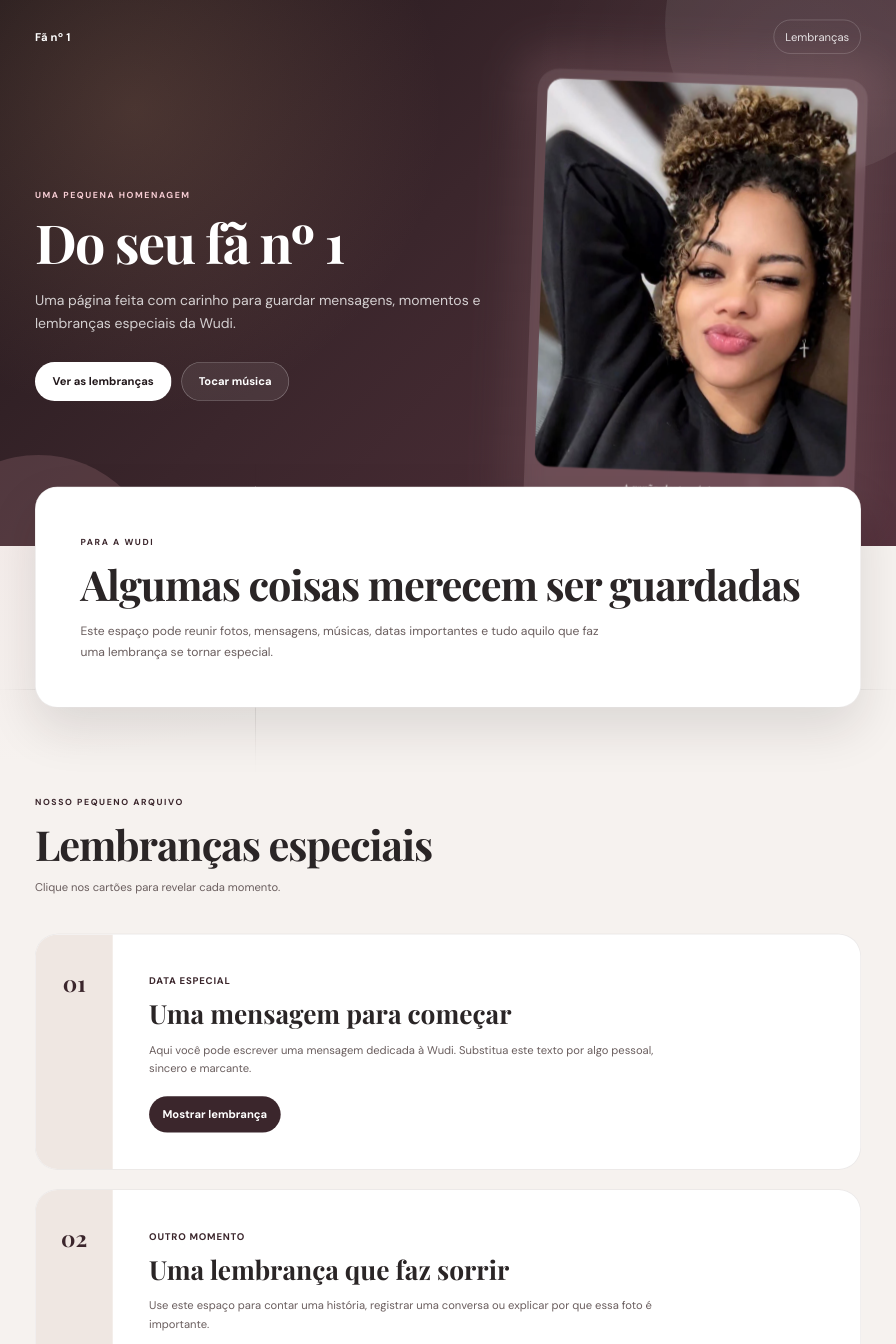
Repository: rrresck/do-seu-fa-numero-1
Page: index.html
These files come from the project's save history. The page is drawn as it stood at one moment and after the next save; the edit follows.
The browser window is 1280 px wide. The pictures show the part of the page from y = 0 to 1920 px (the page is 3175 px tall), at 70% of full size.

Above is the page before, as saved 2026-07-24 15:54:52.

After the next save:
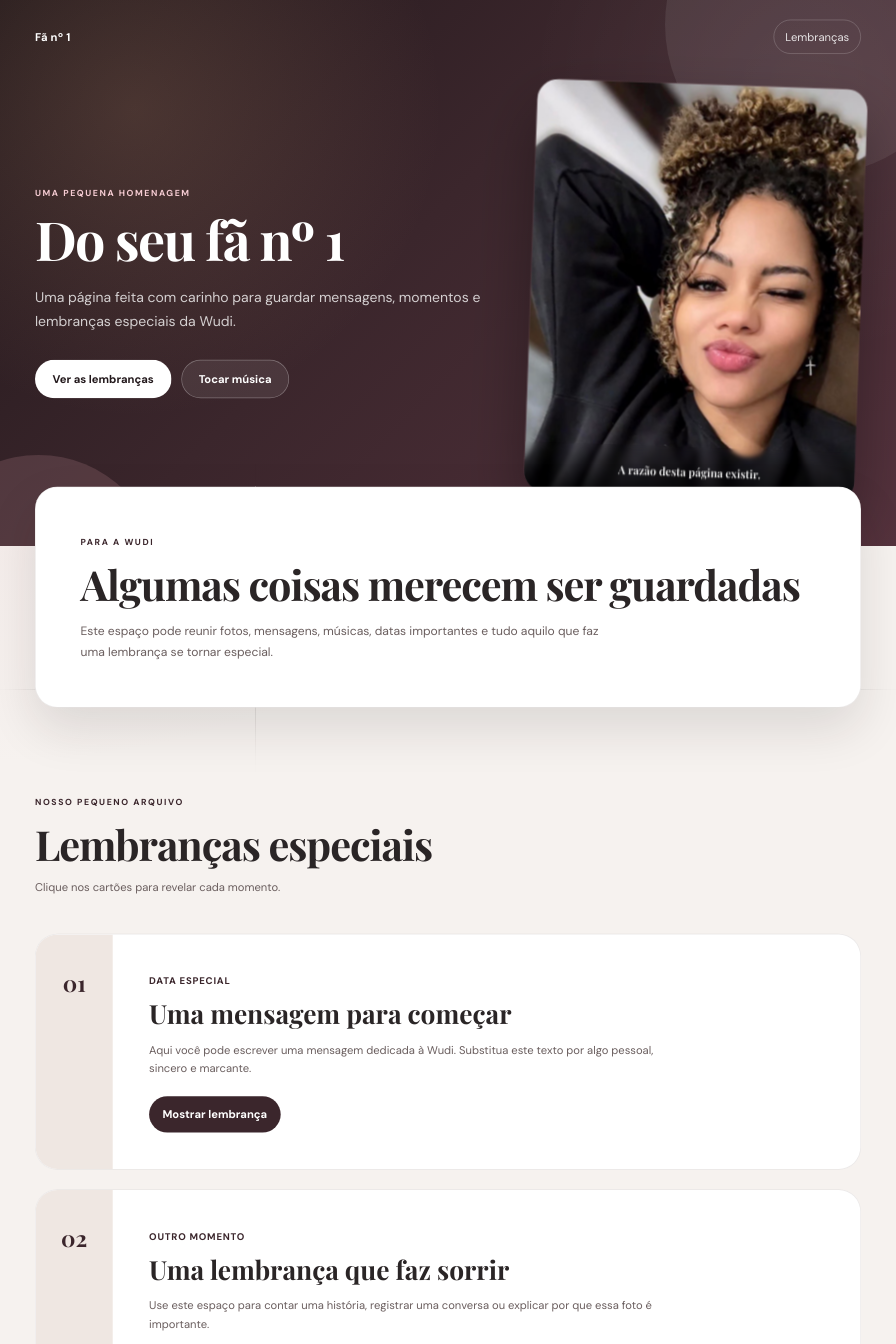
Saved 6 min 52 s later.
--- a/css/styles.css
+++ b/css/styles.css
@@ -221,16 +221,16 @@ a {
 
 }
 
-.hero-photo {
-    position: relative;
-    margin: 0;
-    padding: 14px;
-    border-radius: 30px;
-    background: rgba(255, 255, 255, 0.08);
-    backdrop-filter: blur(8px);
-    box-shadow: 0 35px 80px rgba(0, 0, 0, 0.35);
-    transform: rotate(2deg);
-    transition: transform 400ms ease;
+.hero-photo{
+    position:relative;
+    margin:0;
+    overflow:hidden;
+    border-radius:30px;
+    background:rgba(255,255,255,.08);
+    backdrop-filter:blur(8px);
+    box-shadow:0 40px 90px rgba(0,0,0,.35);
+    transform:rotate(2deg);
+    transition:.45s;
 }
 
 .hero-photo:hover {
@@ -247,21 +247,29 @@ a {
     content: "";
 }
 
-.hero-photo img {
-    display: block;
-    width: 100%;
-    aspect-ratio: 4 / 5;
-    border-radius: 22px;
-    object-fit: cover;
-}
-
-.hero-photo figcaption {
-    padding: 14px 8px 4px;
-    color: rgba(255, 255, 255, 0.75);
-    font-family: "Playfair Display", serif;
-    font-size: 0.95rem;
-    font-style: italic;
-    text-align: center;
+.hero-photo img{
+    display:block;
+    width:100%;
+    aspect-ratio:4/5;
+    object-fit:cover;
+}
+
+.hero-photo figcaption{
+    position:absolute;
+    left:0;
+    right:0;
+    bottom:0;
+    padding:22px;
+    color:white;
+    font-family:"Playfair Display",serif;
+    font-size:1rem;
+    text-align:center;
+    background:
+        linear-gradient(
+            transparent,
+            rgba(0,0,0,.75)
+        );
+    backdrop-filter:blur(3px);
 }
 
 .hero-description {
